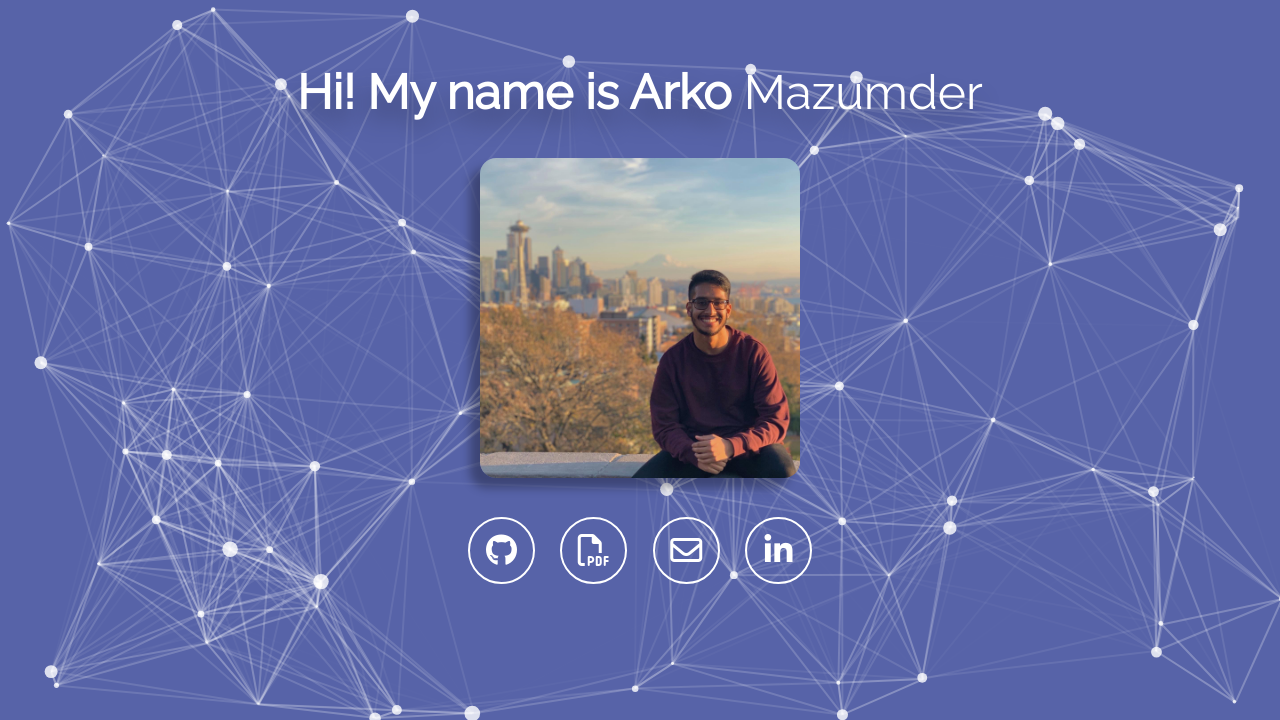
Repository: arkomz/arkomz.github.io
Page: index.html
These files come from the project's save history. The page is drawn as it stood at one moment and after the next save; the edit follows.
The browser window is 1280 px wide. The pictures show the whole page.
Some web libraries are served in a nearby version.

Above is the page before, as saved 2020-07-22 23:46:17.

After the next save:
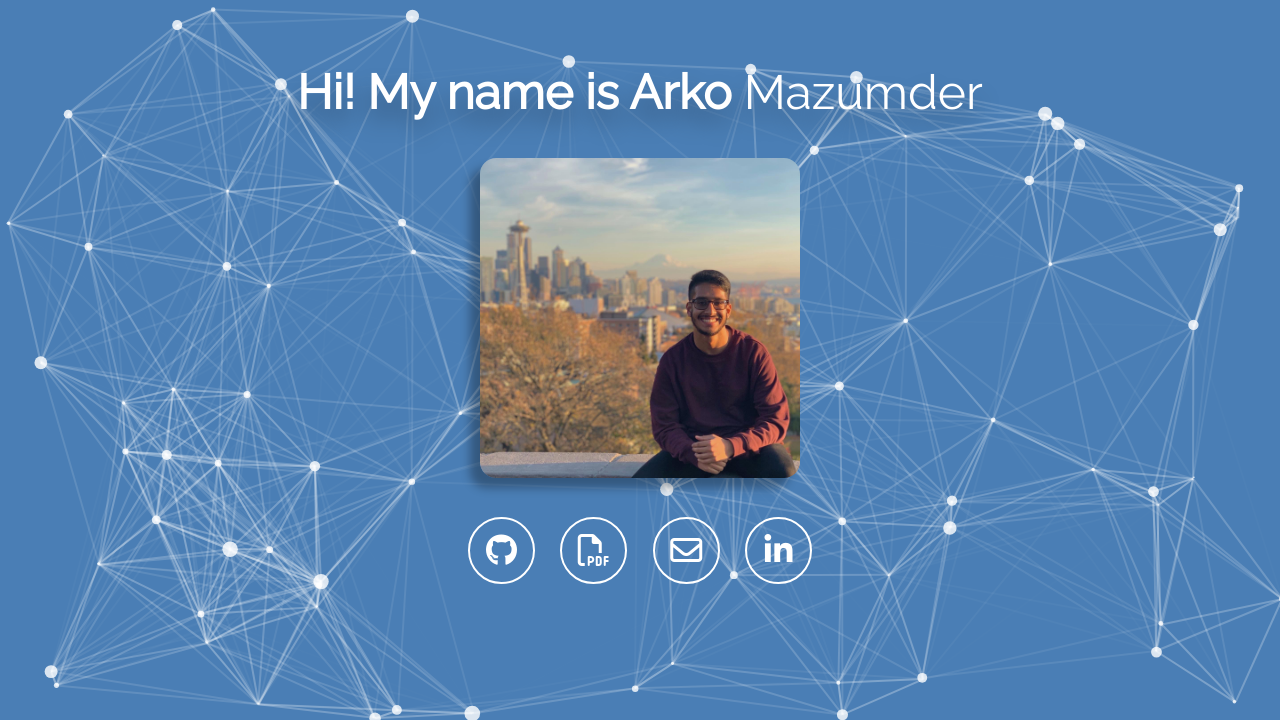
Saved 2 min 23 s later.
--- a/assets/css/styles.css
+++ b/assets/css/styles.css
@@ -26,9 +26,9 @@ body, html {
 }
 
 body {
-    background: #5763a8 ;  /* fallback for old browsers */
-    background: -webkit-linear-gradient(to right, #5763a8, #5763a8);  /* Chrome 10-25, Safari 5.1-6 */
-    background: linear-gradient(to right, #5763a8, #5763a8); /* W3C, IE 10+/ Edge, Firefox 16+, Chrome 26+, Opera 12+, Safari 7+ */
+    background: #4a7eb5 ;  /* fallback for old browsers */
+    background: -webkit-linear-gradient(to right, #4a7eb5, #4a7eb5);  /* Chrome 10-25, Safari 5.1-6 */
+    background: linear-gradient(to right, #4a7eb5, #4a7eb5); /* W3C, IE 10+/ Edge, Firefox 16+, Chrome 26+, Opera 12+, Safari 7+ */
     margin: 0;
     animation: fade 3s forwards ease;
 }
